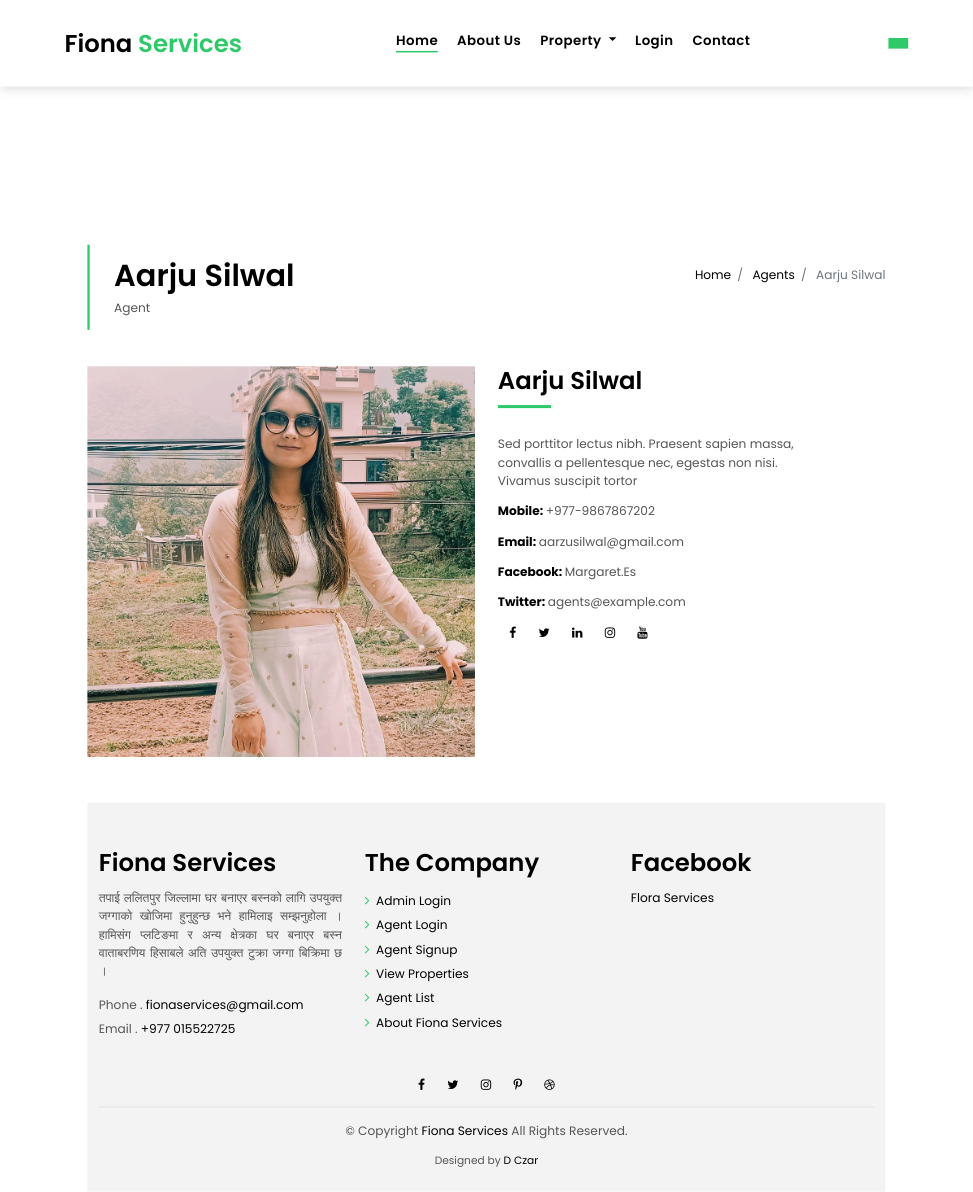
Repository: Sjuicyy/realstate
Page: profile.html
The author's editor kept a copy of each file at every save. The page is drawn from the files as they stood at one save, then again after a run of saves.
The browser window is 1280 px wide. The pictures show the whole page, at 76% of full size.

Above is the page before, as saved 2022-10-15 09:51:49.

### profile.html
<!DOCTYPE html>
<html lang="en">

<head>
    <meta charset="utf-8">
    <title>Fiona Services</title>
    <meta content="width=device-width, initial-scale=1.0" name="viewport">
    <meta content="" name="keywords">
    <meta content="" name="description">

    <!-- Favicons -->
    <link href="img/favicon.png" rel="icon">
    <link href="img/apple-touch-icon.png" rel="apple-touch-icon">

    <!-- Google Fonts -->
    <link href="https://fonts.googleapis.com/css?family=Poppins:300,400,500,600,700" rel="stylesheet">

    <!-- Bootstrap CSS File -->
    <link href="lib/bootstrap/css/bootstrap.min.css" rel="stylesheet">

    <!-- Libraries CSS Files -->
    <link href="lib/font-awesome/css/font-awesome.min.css" rel="stylesheet">
    <link href="lib/animate/animate.min.css" rel="stylesheet">
    <link href="lib/ionicons/css/ionicons.min.css" rel="stylesheet">
    <link href="lib/owlcarousel/assets/owl.carousel.min.css" rel="stylesheet">

    <!-- Main Stylesheet File -->
    <link href="css/style.css" rel="stylesheet">

    <!-- =======================================================
    Theme Name: EstateAgency
    Theme URL: https://bootstrapmade.com/real-estate-agency-bootstrap-template/
    Author: BootstrapMade.com
    License: https://bootstrapmade.com/license/
  ======================================================= -->
</head>
<div id="fb-root"></div>
<script async defer crossorigin="anonymous" src="https://connect.facebook.net/en_US/sdk.js#xfbml=1&version=v14.0"
    nonce="0jwGYLXn"></script>

<body>
    <!-- / Form Search End /-->

    <!--/ Nav Star /-->
    <nav class="navbar navbar-default navbar-trans navbar-expand-lg fixed-top">
        <div class="container">
            <button class="navbar-toggler collapsed" type="button" data-toggle="collapse" data-target="#navbarDefault"
                aria-controls="navbarDefault" aria-expanded="false" aria-label="Toggle navigation">
            </button>
            <a class="navbar-brand text-brand" href="/index.php">Fiona<span class="color-b"> Services</span></a>
            <button type="button" class="btn btn-link nav-search navbar-toggle-box-collapse d-md-none"
                data-toggle="collapse" data-target="#navbarTogglerDemo01" aria-expanded="false" title="Agent Space">

            </button>
            <div class="navbar-collapse collapse justify-content-center" id="navbarDefault">
                <ul class="navbar-nav">
                    <li class="nav-item">
                        <a class="nav-link active" href="index.php">Home</a>
                    </li>
                    <li class="nav-item">
                        <a class="nav-link" href="about.php">About Us</a>
                    </li>
                    <li class="nav-item dropdown">
                        <a class="nav-link dropdown-toggle" href="#" id="navbarDropdown" role="button"
                            data-toggle="dropdown" aria-haspopup="true" aria-expanded="false">
                            Property
                        </a>
                        <div class="dropdown-menu" aria-labelledby="navbarDropdown">
                            <a class="dropdown-item" href="property-single.php">Property Single</a>
                            <a class="dropdown-item" href="property-grid.php">Property List</a>
                        </div>
                    </li>
                    <li class="nav-item">
                        <a class="nav-link" href="Login.php">Login</a>
                    </li>
                    <li class="nav-item">
                        <a class="nav-link" href="contact.php">Contact</a>
                    </li>
                </ul>
            </div>
            <button type="button" class="btn btn-b-n navbar-toggle-box-collapse d-none d-md-block"
                data-toggle="collapse" data-target="#navbarTogglerDemo01" aria-expanded="false" title="Agent Space">
            </button>
        </div>
    </nav>
    <!--/ Nav End /-->



    <div class="container" style="margin-top:130px;">

        <div class="container" style="margin-top:130px;">
             <!-- ======= Intro Single ======= -->
    <section class="intro-single">
        <div class="container">
          <div class="row">
            <div class="col-md-12 col-lg-8">
              <div class="title-single-box">
                <h1 class="title-single">Aarju Silwal</h1>
                <span class="color-text-a">Agent </span>
              </div>
            </div>
            <div class="col-md-12 col-lg-4">
              <nav aria-label="breadcrumb" class="breadcrumb-box d-flex justify-content-lg-end">
                <ol class="breadcrumb">
                  <li class="breadcrumb-item">
                    <a href="#">Home</a>
                  </li>
                  <li class="breadcrumb-item">
                    <a href="#">Agents</a>
                  </li>
                  <li class="breadcrumb-item active" aria-current="page">
                    Aarju Silwal
                  </li>
                </ol>
              </nav>
            </div>
          </div>
        </div>
      </section><!-- End Intro Single -->

      <!-- ======= Agent Single ======= -->
      <section class="agent-single">
        <div class="container">
          <div class="row">
            <div class="col-sm-12">
              <div class="row">
                <div class="col-md-6">
                  <div class="agent-avatar-box">
                    <img src="./img/aarju miss.jpg" alt="" class="agent-avatar img-fluid">
                  </div>
                </div>
                <div class="col-md-5 section-md-t3">
                  <div class="agent-info-box">
                    <div class="agent-title">
                      <div class="title-box-d">
                        <h3 class="title-d">Aarju Silwal
                        </h3>
                      </div>
                    </div>
                    <div class="agent-content mb-3">
                      <p class="content-d color-text-a">
                        Sed porttitor lectus nibh. Praesent sapien massa, convallis a pellentesque nec, egestas non nisi.
                        Vivamus suscipit tortor
                      </p>
                      <div class="info-agents color-a">
                          <strong>Mobile: </strong>
                          <span class="color-text-a"> +977-9867867202 </span>
                        </p>
                        <p>
                          <strong>Email: </strong>
                          <span class="color-text-a"> aarzusilwal@gmail.com</span>
                        </p>
                        <p>
                          <strong>Facebook: </strong>
                          <span class="color-text-a"> Margaret.Es</span>
                        </p>
                        <p>
                          <strong>Twitter: </strong>
                          <span class="color-text-a"> agents@example.com</span>
                        </p>
                      </div>
                    </div>
                    <div class="col-md-12">

                        <div class="socials-a">
                          <ul class="list-inline">
                            <li class="list-inline-item">
                              <a href="#">
                                <i class="fa fa-facebook" aria-hidden="true"></i>
                              </a>
                            </li>
                            <li class="list-inline-item">
                              <a href="#">
                                <i class="fa fa-twitter" aria-hidden="true"></i>
                              </a>
                            </li>
                            <li class="list-inline-item">
                              <a href="#">
                                <i class="fa fa-linkedin" aria-hidden="true"></i>
                              </a>
                            </li>
                            <li class="list-inline-item">
                              <a href="#">
                                <i class="fa fa-instagram" aria-hidden="true"></i>
                              </a>
                            </li>
                            <li class="list-inline-item">
                              <a href="#">
                                <i class="fa fa-youtube" aria-hidden="true"></i>
                              </a>
                            </li>
                          </ul>
                        </div>
                  </div>
                </div>
              </div>
            </div>
        </div>

    </div>




















    <!--/ footer Star /-->
    <section class="section-footer">
        <div class="container">
            <div class="row">
                <div class="col-sm-12 col-md-4">
                    <div class="widget-a">
                        <div class="w-header-a">
                            <h3 class="w-title-a text-brand">Fiona Services</h3>
                        </div>
                        <div class="w-body-a">
                            <p class="w-text-a color-text-a" align="justify">
                                तपाई ललितपुर जिल्लामा घर बनाएर बस्नको लागि उपयुक्त जग्गाको खोजिमा हुनुहुन्छ भने
                                हामिलाइ सम्झनुहोला ।
                                हामिसंग प्लटिङमा र अन्य क्षेत्रका घर बनाएर बस्न वाताबरणिय हिसाबले अति उपयुक्त
                                टुक्रा जग्गा बिक्रिमा छ
                                ।
                            </p>
                        </div>
                        <div class="w-footer-a">
                            <ul class="list-unstyled">
                                <li class="color-a">
                                    <span class="color-text-a">Phone .</span> fionaservices@gmail.com
                                </li>
                                <li class="color-a">
                                    <span class="color-text-a">Email .</span> +977 015522725
                                </li>
                            </ul>
                        </div>
                    </div>
                </div>
                <div class="col-sm-12 col-md-4 section-md-t3">
                    <div class="widget-a">
                        <div class="w-header-a">
                            <h3 class="w-title-a text-brand">The Company</h3>
                        </div>
                        <div class="w-body-a">
                            <div class="w-body-a">
                                <ul class="list-unstyled">
                                    <li class="item-list-a">
                                        <i class="fa fa-angle-right"></i> <a href="#">Admin Login</a>
                                    </li>
                                    <li class="item-list-a">
                                        <i class="fa fa-angle-right"></i> <a href="#">Agent Login</a>
                                    </li>
                                    <li class="item-list-a">
                                        <i class="fa fa-angle-right"></i> <a href="#">Agent Signup</a>
                                    </li>
                                    <li class="item-list-a">
                                        <i class="fa fa-angle-right"></i> <a href="#">View Properties</a>
                                    </li>
                                    <li class="item-list-a">
                                        <i class="fa fa-angle-right"></i> <a href="#">Agent List</a>
                                    </li>
                                    <li class="item-list-a">
                                        <i class="fa fa-angle-right"></i> <a href="#">About Fiona Services</a>
                                    </li>
                                </ul>
                            </div>
                        </div>
                    </div>
                </div>
                <div class="col-sm-12 col-md-4 section-md-t3">
                    <div class="widget-a">
                        <div class="w-header-a">
                            <h3 class="w-title-a text-brand">Facebook</h3>
                        </div>
                        <div class="w-body-a">
                            <div class="fb-page" data-href="https://www.facebook.com/floraservices2070"
                                data-tabs="timeline" data-width="" data-height="110" data-small-header="false"
                                data-adapt-container-width="true" data-hide-cover="false" data-show-facepile="false">
                                <blockquote cite="https://www.facebook.com/floraservices2070"
                                    class="fb-xfbml-parse-ignore"><a
                                        href="https://www.facebook.com/floraservices2070">Flora Services</a>
                                </blockquote>
                            </div>
                        </div>
                    </div>
                </div>
            </div>
        </div>
    </section>
    <footer>
        <div class="container">
            <div class="row">
                <div class="col-md-12">

                    <div class="socials-a">
                        <ul class="list-inline">
                            <li class="list-inline-item">
                                <a href="#">
                                    <i class="fa fa-facebook" aria-hidden="true"></i>
                                </a>
                            </li>
                            <li class="list-inline-item">
                                <a href="#">
                                    <i class="fa fa-twitter" aria-hidden="true"></i>
                                </a>
                            </li>
                            <li class="list-inline-item">
                                <a href="#">
                                    <i class="fa fa-instagram" aria-hidden="true"></i>
                                </a>
                            </li>
                            <li class="list-inline-item">
                                <a href="#">
                                    <i class="fa fa-pinterest-p" aria-hidden="true"></i>
                                </a>
                            </li>
                            <li class="list-inline-item">
                                <a href="#">
                                    <i class="fa fa-dribbble" aria-hidden="true"></i>
                                </a>
                            </li>
                        </ul>
                    </div>
                    <div class="copyright-footer">
                        <p class="copyright color-text-a">
                            &copy; Copyright
                            <span class="color-a">Fiona Services</span> All Rights Reserved.
                        </p>
                    </div>
                    <div class="credits">

                        Designed by <a href="https://pritambajagain.com.np/">D Czar</a>
                    </div>
                </div>
            </div>
        </div>
    </footer>
    <!--/ Footer End /-->

    <a href="#" class="back-to-top"><i class="fa fa-chevron-up"></i></a>
    <div id="preloader"></div>

    <!-- JavaScript Libraries -->
    <script>
        function readURL(input) {
            if (input.files && input.files[0]) {
                var reader = new FileReader();

                reader.onload = function (e) {
                    $('#blah')
                        .attr('src', e.target.result);
                };

                reader.readAsDataURL(input.files[0]);
            }
        }
    </script>
    <script src="lib/jquery/jquery.min.js"></script>
    <script src="lib/jquery/jquery-migrate.min.js"></script>
    <script src="lib/popper/popper.min.js"></script>
    <script src="lib/bootstrap/js/bootstrap.min.js"></script>
    <script src="lib/easing/easing.min.js"></script>
    <script src="lib/owlcarousel/owl.carousel.min.js"></script>
    <script src="lib/scrollreveal/scrollreveal.min.js"></script>
    <!-- Contact Form JavaScript File -->
    <script src="contactform/contactform.js"></script>

    <!-- Template Main Javascript File -->
    <script src="js/main.js"></script>

</body>

</html>

Loaded but not shown: lib/bootstrap/css/bootstrap.min.css (library); lib/font-awesome/css/font-awesome.min.css (library); lib/animate/animate.min.css (library); lib/ionicons/css/ionicons.min.css (library); lib/owlcarousel/assets/owl.carousel.min.css (library); lib/jquery/jquery.min.js (library); lib/jquery/jquery-migrate.min.js (library); lib/popper/popper.min.js (library); lib/bootstrap/js/bootstrap.min.js (library); lib/easing/easing.min.js (common file); lib/owlcarousel/owl.carousel.min.js (library); lib/scrollreveal/scrollreveal.min.js (library); js/main.js (150 lines, source omitted); contactform/contactform.js (118 lines, source omitted); css/style.css (2025 lines, source omitted)

After the next 2 saves:
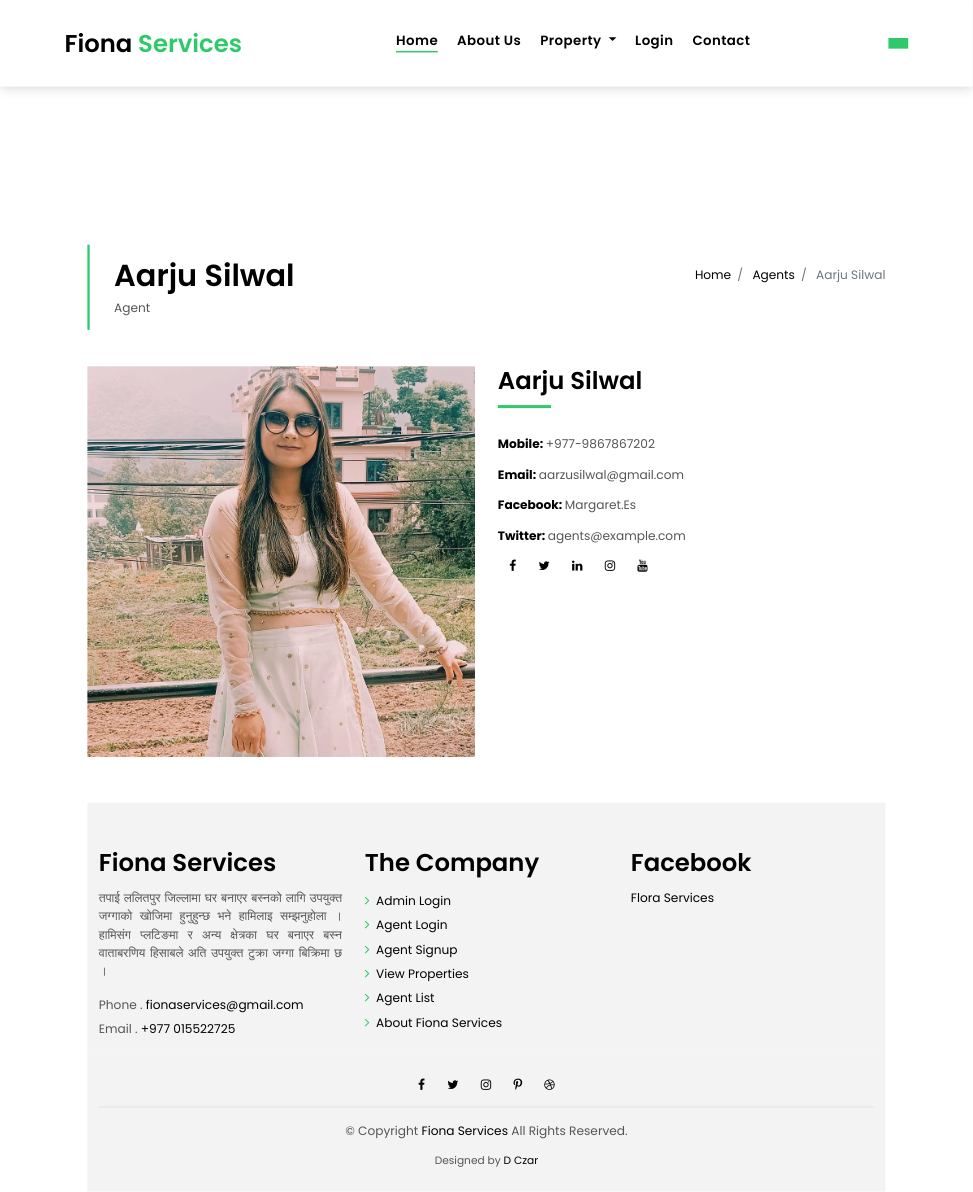
The 2 saves are shown as one change because they came seconds apart.
The last was saved 7 s later.
--- a/profile.html
+++ b/profile.html
@@ -140,9 +140,8 @@
                     </div>
                     <div class="agent-content mb-3">
                       <p class="content-d color-text-a">
-                        Sed porttitor lectus nibh. Praesent sapien massa, convallis a pellentesque nec, egestas non nisi.
-                        Vivamus suscipit tortor
-                      </p>
+
+                    </p>
                       <div class="info-agents color-a">
                           <strong>Mobile: </strong>
                           <span class="color-text-a"> +977-9867867202 </span>
